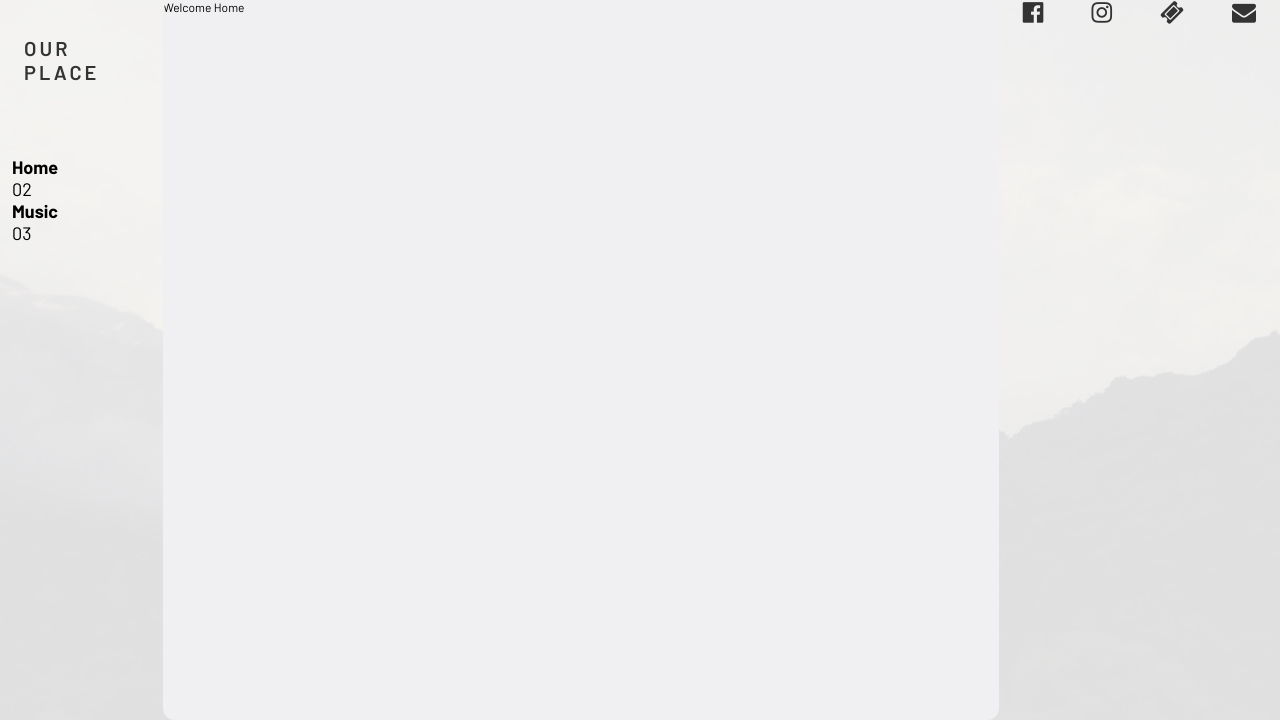
Repository: meghan-kradolfer/our-space-v1
Page: /
An editor plug-in stored every save of this project. The page is shown before and after the next save, followed by the edit.
The browser window is 1280 px wide. The pictures show the whole page.
The project was rebuilt for these pictures with package versions that can differ from the ones it lists, and the page was loaded fresh each time. Also part of the build but not shown: src/containers/music/index.js.

Above is the page before, as saved 2017-11-17 19:59:08.

After the next save:
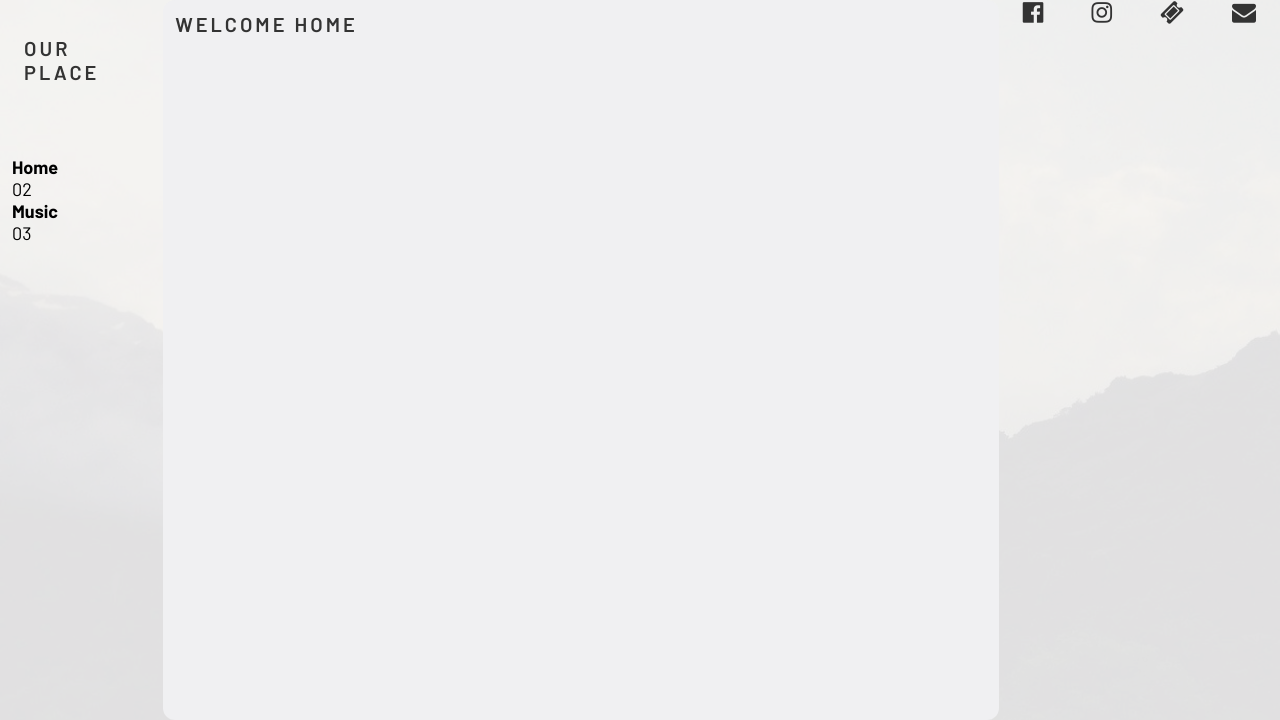
Saved 17 s later.
--- a/src/containers/home/index.js
+++ b/src/containers/home/index.js
@@ -2,7 +2,7 @@ import React from "react"
 
 const Home = props => (
   <div className="home">
-    Welcome Home
+    <h1>Welcome Home</h1>
   </div>
 );
 
